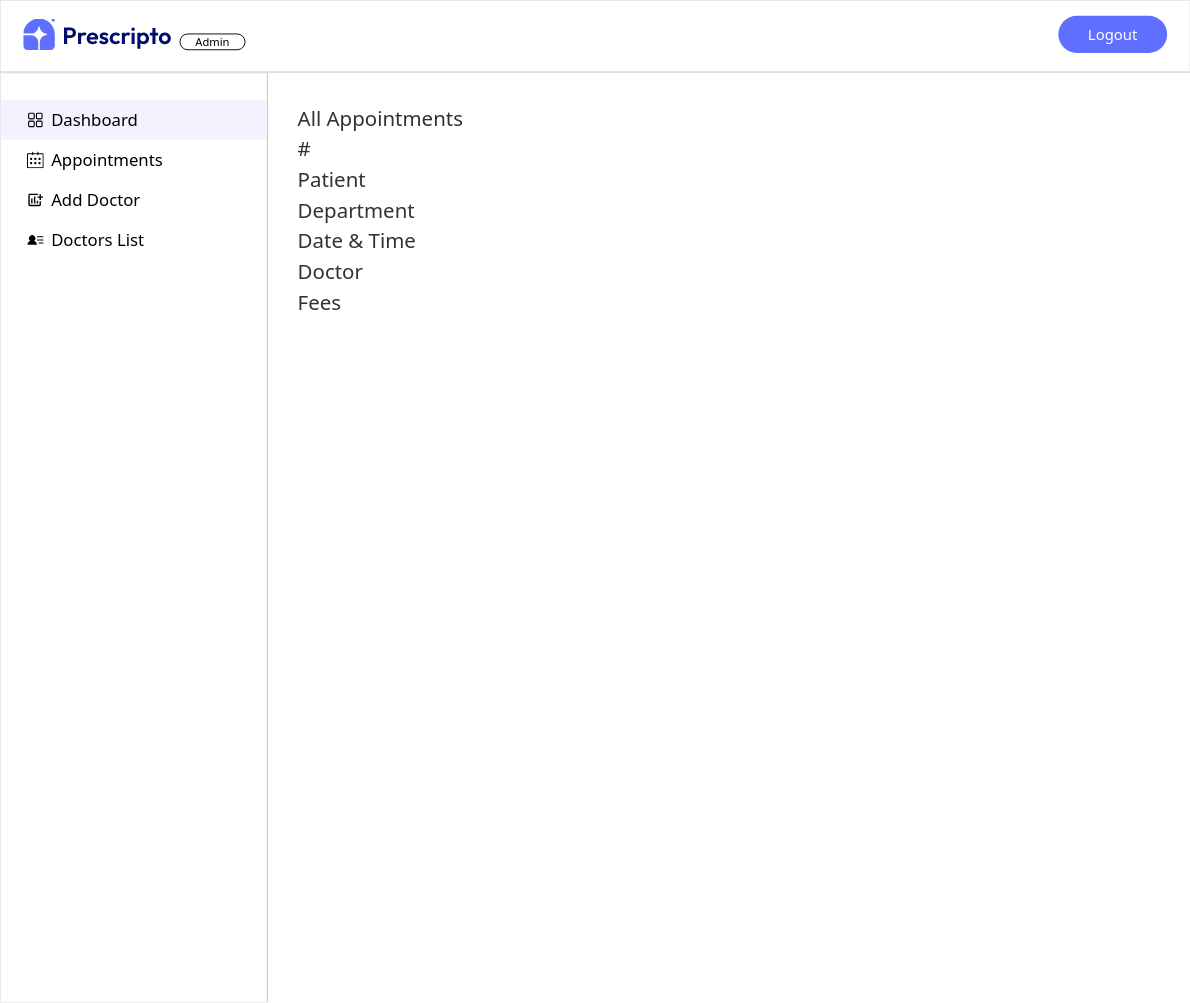
Repository: AzizHamdi99/Prescripto
Page: /allAppointments (app in AdminPanel/)
The author's editor kept a copy of each file at every save. The page is drawn from the files as they stood at one save, then again after the next save.
The browser window is 1280 px wide. The pictures show the whole page, at 93% of full size.
The page's requests for data from a server got no answer. The project was rebuilt for these pictures with package versions that can differ from the ones it lists, and the page was loaded fresh each time. No one was signed in, and anything a server would have sent is missing. Also part of the build but not shown: AdminPanel/vite.config.js, AdminPanel/src/componants/AddDoctor.jsx, AdminPanel/src/componants/DocotorsList.jsx.

Above is the page before, as saved 2025-01-17 13:06:39.

After the next save:
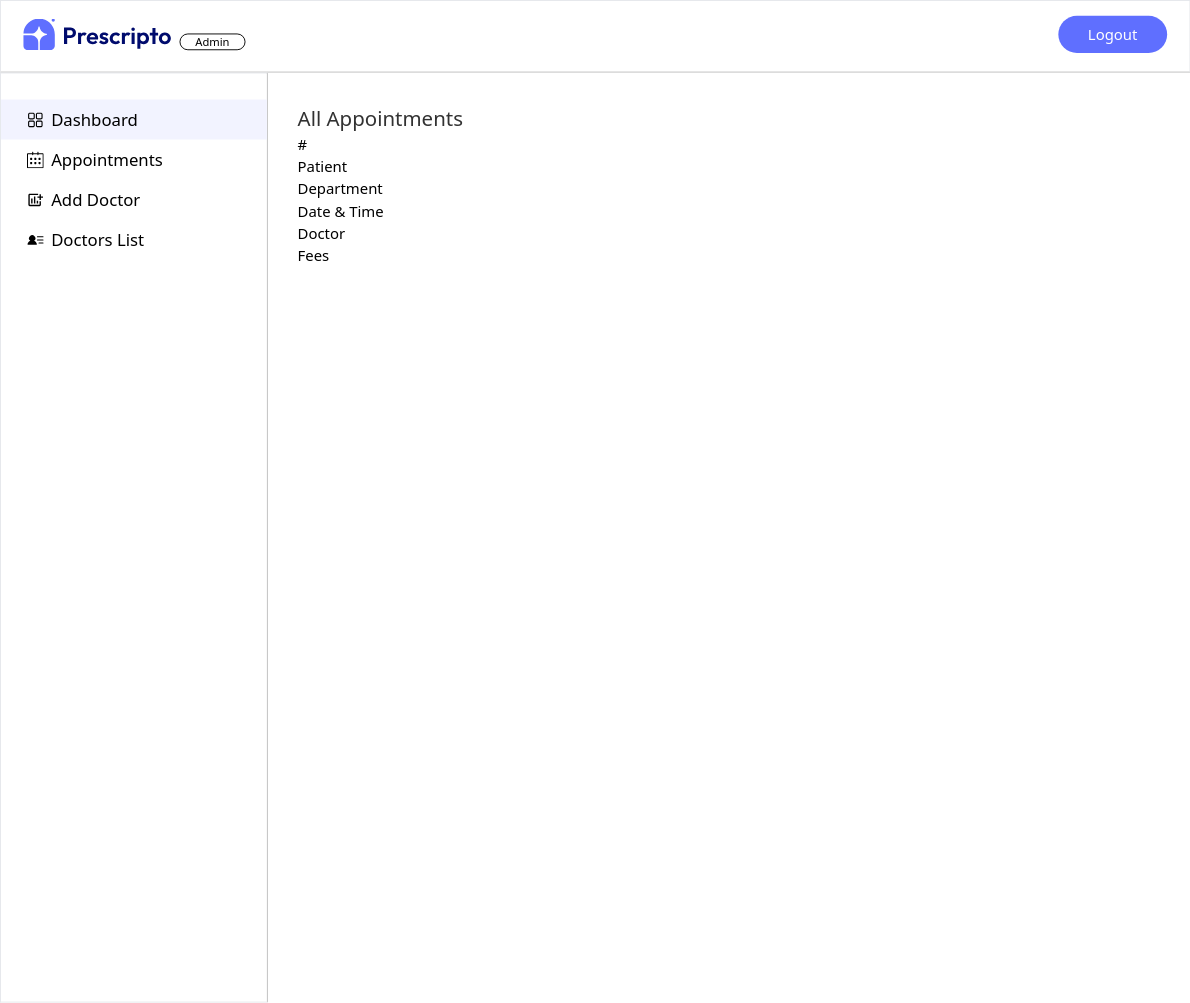
Saved 29 s later.
--- a/AdminPanel/src/componants/AllAppointments.jsx
+++ b/AdminPanel/src/componants/AllAppointments.jsx
@@ -49,8 +49,8 @@ useEffect(() => {
 }, [appointments]); // Log whenever the state changes
 
   return (
-    <div className='p-8 text-[22px] text-[#323232] font-[500]'>
-        <p>All Appointments</p>
+    <div className='p-8 '>
+        <p className='text-[22px] text-[#323232] font-[500]'>All Appointments</p>
         <div>
             <div>
                 <p>#</p>
